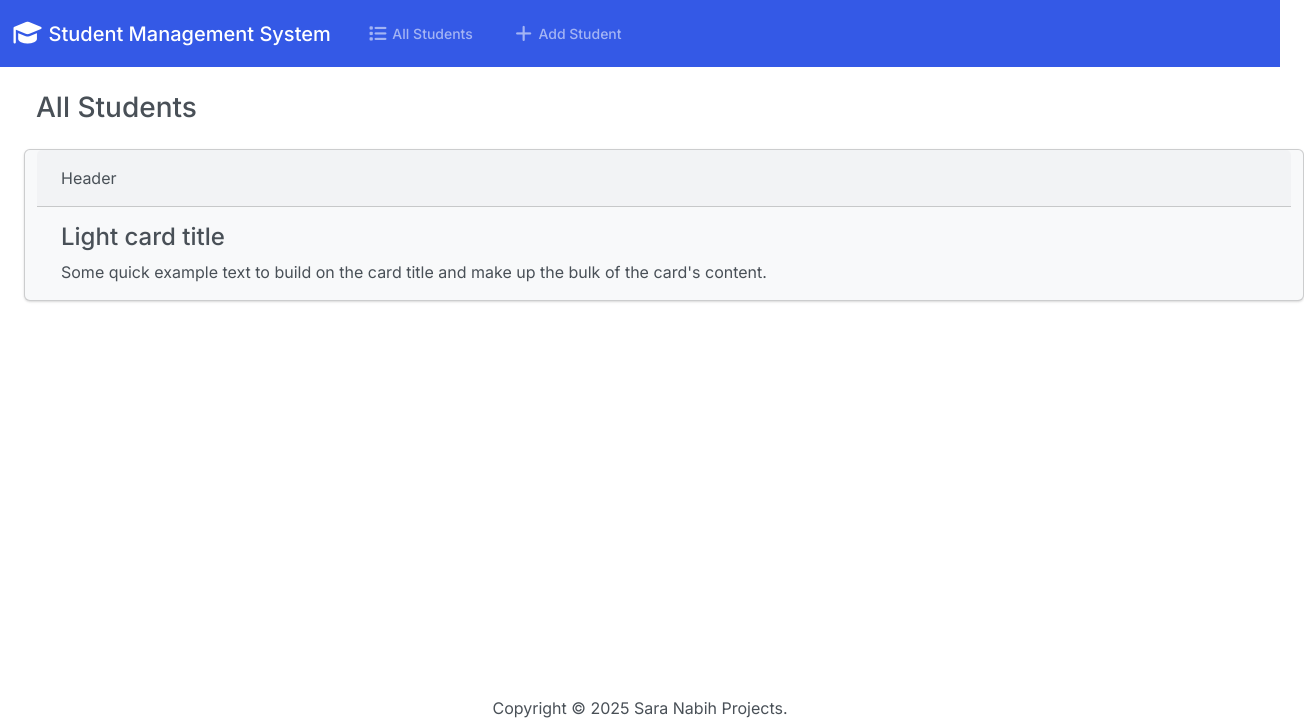
Repository: saraanbih/Student-Management-System
Page: http://localhost/
The author's editor kept a copy of each file at every save. The page is drawn from the files as they stood at one save, then again after the next save.
The browser window is 1280 px wide. The page is 1304 px wide, so the pictures cover 1304 px, including what lies to the right of the window. The pictures show the whole page.
Some web libraries are served in a nearby version. The page is served by the project's application, run on Django 5.2 (manage.py). The page reads the database file committed with the project.

Above is the page before, as saved 2025-09-11 16:06:50.

After the next save:
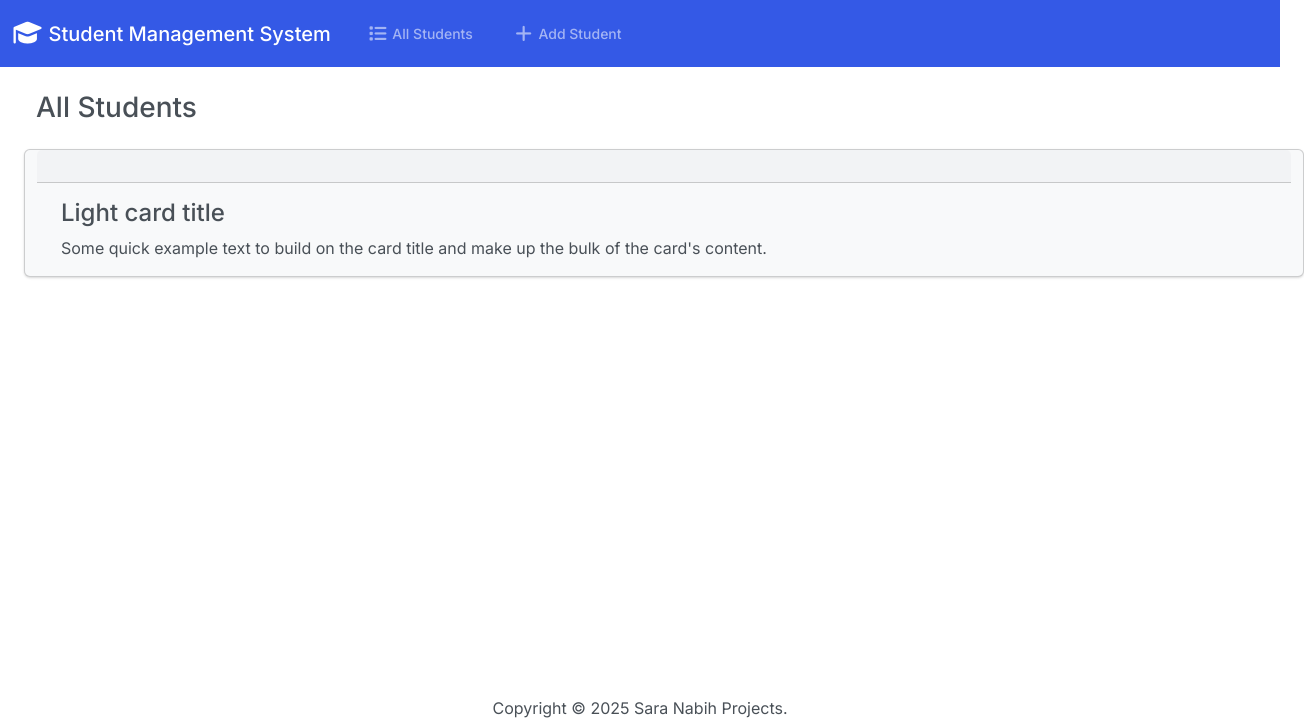
Saved 30 s later.
--- a/students/templates/students/index.html
+++ b/students/templates/students/index.html
@@ -49,7 +49,9 @@
           {% if students %}
           </div>
             <div class="card bg-light ms-4 me-4 mb-4">
-              <div class="card-header">Header</div>
+              <div class="card-header">
+
+              </div>
               <div class="card-body">
                 <h4 class="card-title">Light card title</h4>
                 <p class="card-text">Some quick example text to build on the card title and make up the bulk of the card's content.</p>
